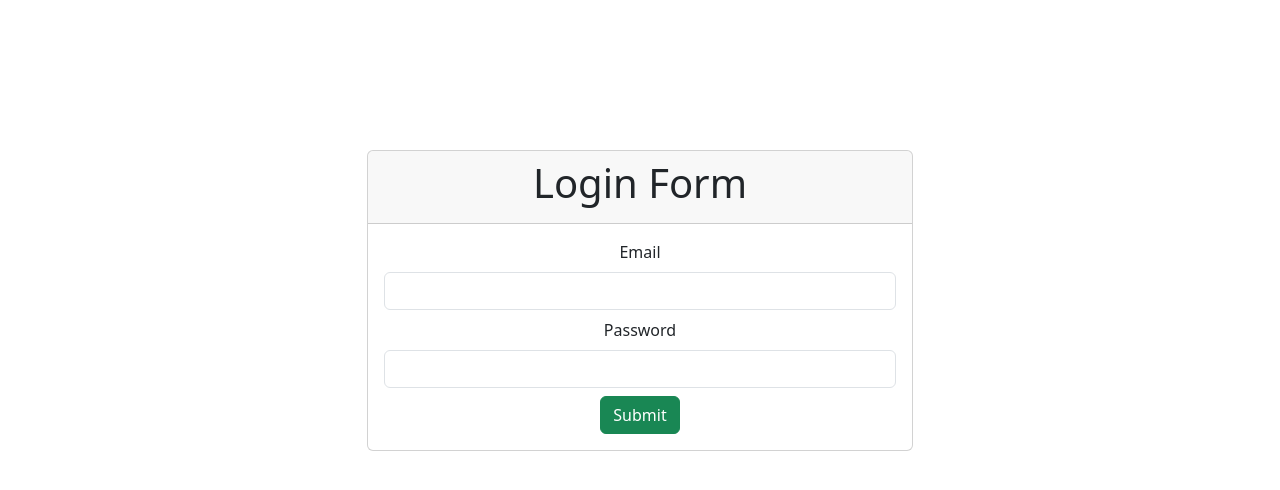
Repository: Laxman-Nath/java-internship
Page: http://localhost/Demo/login.jsp
An editor plug-in stored every save of this project. The page is shown before and after the next save, followed by the edit.
The browser window is 1280 px wide. The pictures show the whole page.
The page is served by Tomcat 9.

Above is the page before, as saved 2024-09-01 10:21:15.

After the next save:
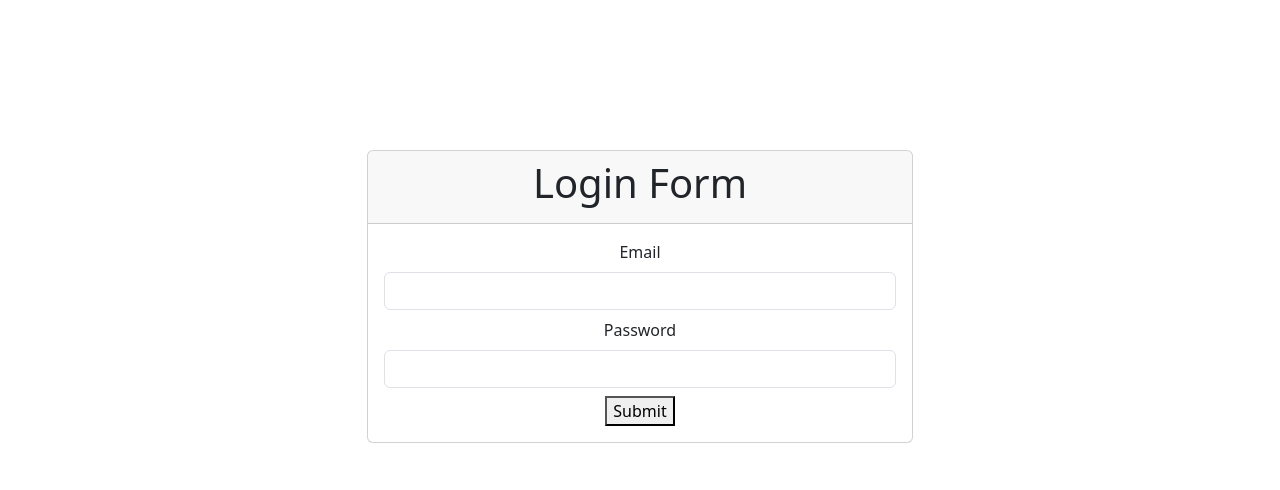
Saved 13 s later.
--- a/Servlet_JSP/Demo/src/main/webapp/login.jsp
+++ b/Servlet_JSP/Demo/src/main/webapp/login.jsp
@@ -27,7 +27,7 @@
 	   <label class="form-label">Password</label>
 	   <input type="password" required class="form-control">
 	   </div>
-	   <button class="btn btn-success" type="submit">Submit</button>
+	   <button class=" btn-success" type="submit">Submit</button>
 	  </form>
 	</div>
 	</div>
